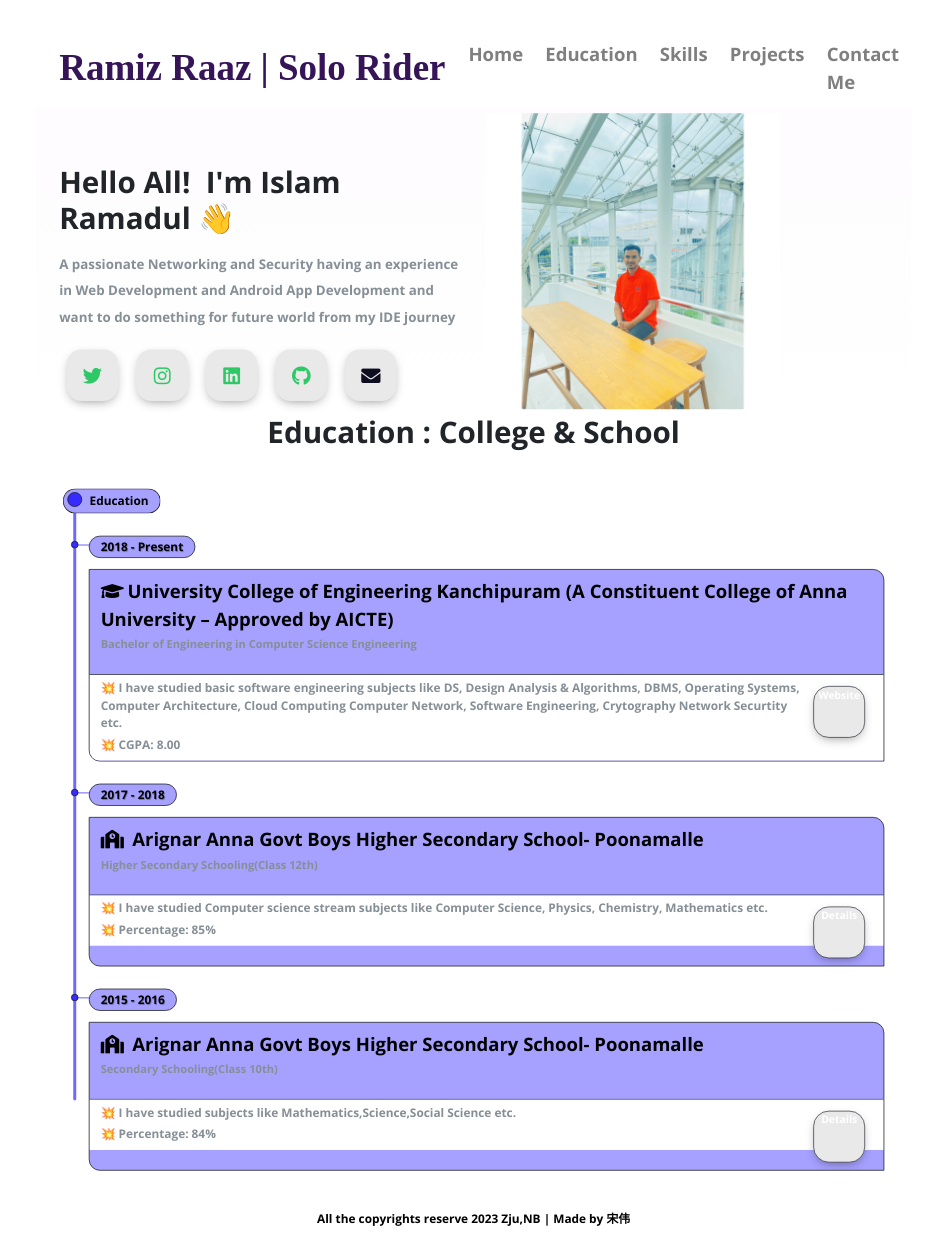
Repository: ramizraaz/ZjuProtfolio
Page: index.html
An editor plug-in stored every save of this project. The page is shown before and after the next save, followed by the edit.
The browser window is 1280 px wide. The pictures show the whole page, at 74% of full size.
Some web fonts or font styles are not loaded; a fallback is used. Some web libraries are served in a nearby version.

Above is the page before, as saved 2023-10-08 16:56:18.

After the next save:
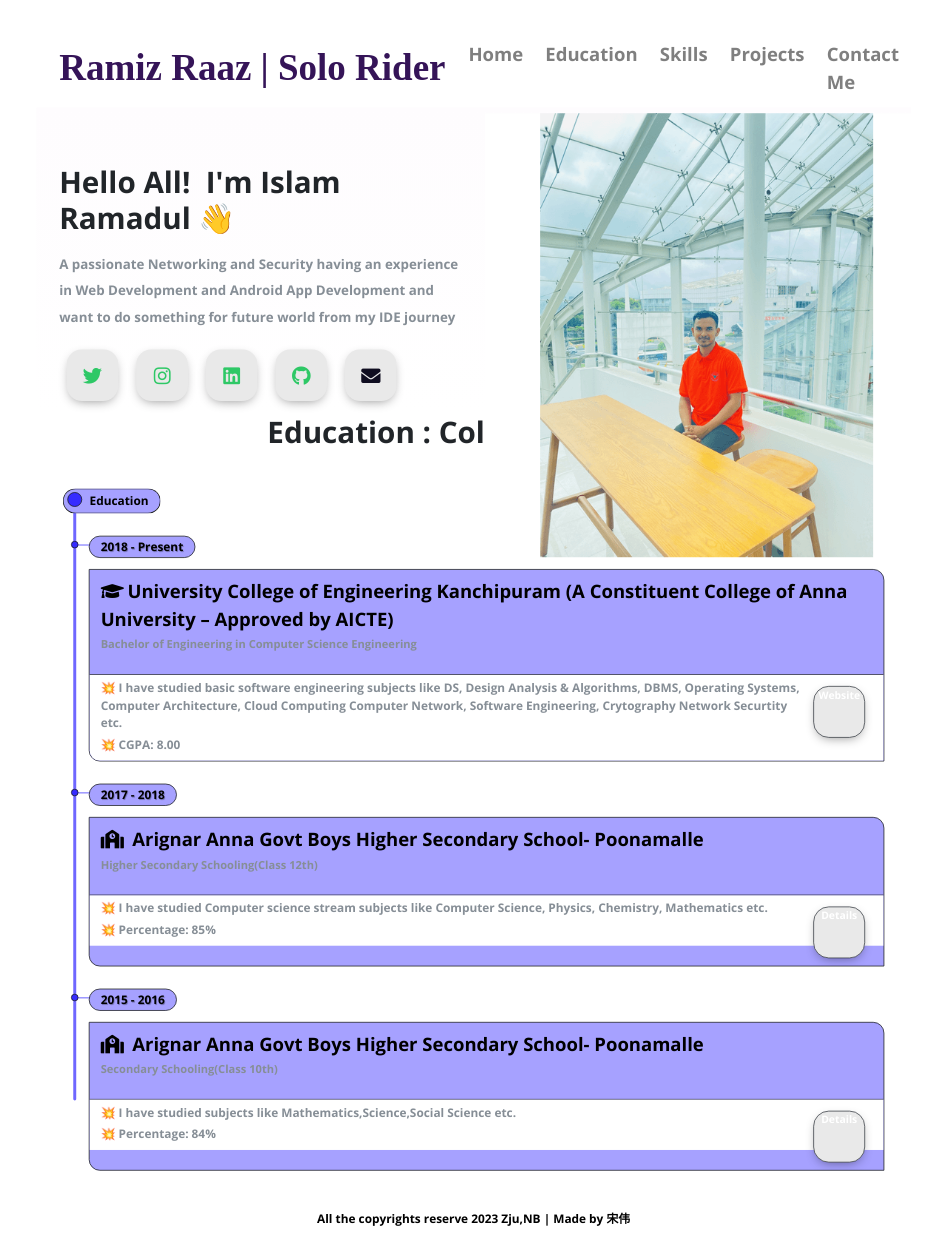
Saved 59 s later.
--- a/style.css
+++ b/style.css
@@ -91,7 +91,7 @@ span.wave {
 }
 
 .boyimage {
-    height: 400px;
+    height: 50%;
 }
 
 @media only screen and (max-width: 1183px) {
